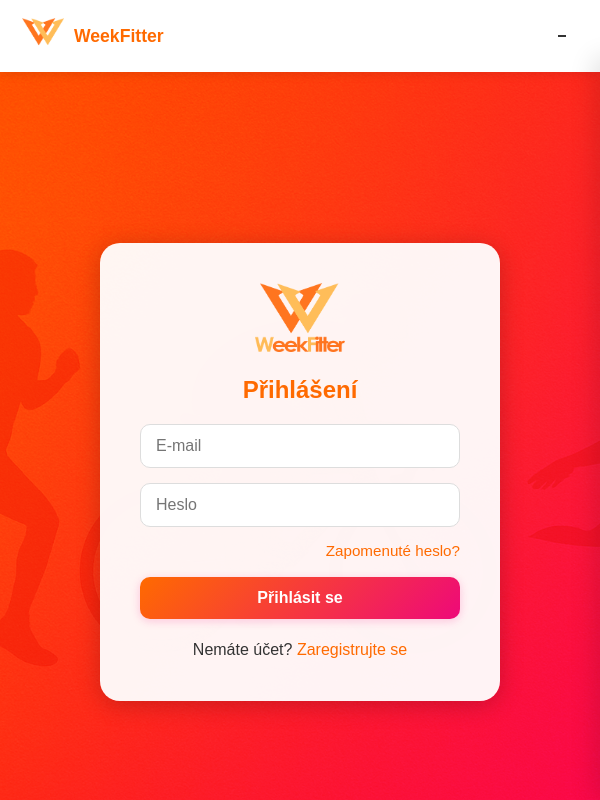
Repository: MatyasMandelicek/weekfitter-frontend
Page: /calendar
The author's editor kept a copy of each file at every save. The page is drawn from the files as they stood at one save, then again after the next save.
The browser window is 600 px wide. The pictures show the whole page.
The page's requests for data from a server got no answer. An inner scrolling area shows only its first screen. The project was rebuilt for these pictures with package versions that can differ from the ones it lists, and the page was loaded fresh each time. No one was signed in, and anything a server would have sent is missing. Also part of the build but not shown: src/styles/HomePage.css, src/pages/HomePage.js, src/styles/DashboardPage.css, src/pages/DashboardPage.js, src/styles/CalendarPage.css, src/pages/CalendarPage.js, src/styles/RegisterPage.css, src/pages/RegisterPage.js and 4 more.

Above is the page before, as saved 2025-11-12 16:00:45.

### public/index.html
<!DOCTYPE html>
<html lang="en">
  <head>
    <meta charset="utf-8" />
    <meta name="viewport" content="width=device-width, initial-scale=1" />
    <meta name="theme-color" content="#000000" />
    <meta
      name="description"
      content="Web site created using create-react-app"
    />
    <link rel="icon" type="image/png" href="%PUBLIC_URL%/Logo03.png" />
    <!--
      manifest.json provides metadata used when your web app is installed on a
      user's mobile device or desktop. See https://developers.google.com/web/fundamentals/web-app-manifest/
    -->
    <link rel="manifest" href="%PUBLIC_URL%/manifest.json" />
    <!--
      Notice the use of %PUBLIC_URL% in the tags above.
      It will be replaced with the URL of the `public` folder during the build.
      Only files inside the `public` folder can be referenced from the HTML.

      Unlike "/favicon.ico" or "favicon.ico", "%PUBLIC_URL%/favicon.ico" will
      work correctly both with client-side routing and a non-root public URL.
      Learn how to configure a non-root public URL by running `npm run build`.
    -->
    <title>WeekFitter</title>
  </head>
  <body>
    <noscript>You need to enable JavaScript to run this app.</noscript>
    <div id="root"></div>
    <!--
      This HTML file is a template.
      If you open it directly in the browser, you will see an empty page.

      You can add webfonts, meta tags, or analytics to this file.
      The build step will place the bundled scripts into the <body> tag.

      To begin the development, run `npm start` or `yarn start`.
      To create a production bundle, use `npm run build` or `yarn build`.
    -->
  </body>
</html>

### src/index.js
/**
 * index.js
 * Vstupní bod React aplikace WeekFitter
 *
 * Vytváří kořen aplikace (root element)
 * Zapouzdřuje aplikaci do React.StrictMode
 * Načítá hlavní komponentu <App />
 *
 */

import React from "react";
import ReactDOM from "react-dom/client";
import App from "./App";
import "./index.css"; // Import globálních stylů
import { AUTH_STORAGE_KEY } from "./lib/config";

/**
 * Wake backend on startup (probuzení serveru)
 * Zavolá jednoduchý ping na backend, aby se server "probudil"
 * dříve, než se uživatel pokusí přihlásit.
 */
fetch("https://weekfitter-backend.onrender.com/api/health").catch(() => {});

/**
 * Vytvoření "root" elementu, který React používá pro render celé aplikace.
 * index.html obsahuje <div id="root"></div>, sem se vloží App.
 */
const root = ReactDOM.createRoot(document.getElementById("root"));

/**
 * <React.StrictMode> aktivuje dodatečné kontroly v Reactu.
 * Pomáhá detekovat potenciální problémy v komponentách (např. vedlejší efekty).
 */
root.render(
  <React.StrictMode>
    <App />
  </React.StrictMode>
);

// Odhlásení uživatele při načtení aplikace
localStorage.removeItem(AUTH_STORAGE_KEY);
localStorage.removeItem("isLoggedIn");
localStorage.removeItem("userEmail");
localStorage.removeItem("userName");

### src/App.js
/**
 *
 * App.js
 * Hlavní komponenta aplikace WeekFitter
 *
 * Spravuje směrování (routing) pomocí React Routeru
 * Odděluje veřejné (login, register) a chráněné stránky (dashboard, kalendář, profil)
 * Využívá komponentu <ProtectedRoute> pro kontrolu přihlášení uživatele
 */
import React from "react";
import { BrowserRouter as Router, Routes, Route, Navigate } from "react-router-dom";

// Stránky aplikace
import HomePage from "./pages/HomePage";
import LoginPage from "./pages/LoginPage";
import DashboardPage from "./pages/DashboardPage";
import CalendarPage from "./pages/CalendarPage";
import RegisterPage from "./pages/RegisterPage";
import ForgotPasswordPage from "./pages/ForgotPasswordPage";
import ResetPasswordPage from "./pages/ResetPasswordPage";
import ProfilePage from "./pages/ProfilePage";

// Komponenta pro chráněné trasy
import ProtectedRoute from "./components/ProtectedRoute";

/**
 * Hlavní funkce App – vstupní bod React aplikace.
 * Obsahuje konfiguraci všech cest (URL rout).
 */
function App() {
  return (
    <Router>
      <Routes>
        {/* Veřejné stránky */}
        <Route path="/login" element={<LoginPage />} />
        <Route path="/register" element={<RegisterPage />} />
        <Route path="/forgot-password" element={<ForgotPasswordPage />} />
        <Route path="/reset-password/:token" element={<ResetPasswordPage />} />
        <Route path="/" element={< Navigate to ="/home" replace />} />
        <Route path="/home" element={<HomePage />} />

        {/* Sekce s daty a profilem */}
        <Route element={<ProtectedRoute />}>
          <Route path="/calendar" element={<CalendarPage />} />
          <Route path="/dashboard" element={<DashboardPage />} />
          <Route path="/profile" element={<ProfilePage />} />
        </Route>

        {/* Fallback - když uživatel zadá neexistující cestu */}
        <Route path="*" element={<Navigate to="/home" replace />} />
      </Routes>
    </Router>
  );
}

export default App;

### src/index.css
:root {
  --orange-light: #FFA500;
  --orange-dark: #FF8C00;
  --background-color: #ffffff;
  --text-color: #333333;
  --header-height: 60px;
}

/* ZÁKLADNÍ RESET A TYPOGRAFIE */
* {
  margin: 0;
  padding: 0;
  box-sizing: border-box;
  font-family: 'Arial', sans-serif;
}

html, body {
  height: 100%;
  width: 100%;
  overflow-x: hidden;   /* žádný horizontální posuvník */
  overflow-y: auto;     /* vertikální scroll jen při potřebě */
  scroll-behavior: smooth;
  background-color: var(--background-color);
  color: var(--text-color);
}

/* ODKAZY */
a {
  text-decoration: none;
  color: inherit;
}

/* ZÁKLADNÍ TLAČÍTKO (fallback) */
button {
  cursor: pointer;
  border: none;
  border-radius: 5px;
  padding: 10px 20px;
  background-color: var(--orange-light);
  color: #fff;
  transition: background-color 0.3s ease, transform 0.2s ease;
}

button:hover {
  background-color: var(--orange-dark);
  transform: scale(1.03);
}

/* --- 🔥 UNIVERZÁLNÍ ANIMOVANÉ TLAČÍTKO (PRIMARY) --- */
.primary-btn {
  background: linear-gradient(135deg, #ff6a00, #ee0979);
  color: #fff;
  padding: 10px 22px;
  border: none;
  border-radius: 25px;
  font-weight: 600;
  cursor: pointer;
  transition: all 0.25s ease;
  box-shadow: 0 2px 10px rgba(238, 9, 121, 0.2);
  display: inline-block;
}

.primary-btn:hover {
  transform: scale(1.05);
  background: linear-gradient(135deg, #ee0979, #ff6a00);
  box-shadow: 0 4px 15px rgba(255, 106, 0, 0.4);
}

.primary-btn:active {
  transform: scale(0.98);
  box-shadow: 0 2px 8px rgba(255, 106, 0, 0.3);
}

/* V MENŠÍM HEADERU (např. přihlásit / odhlásit) */
.header .primary-btn {
  padding: 8px 18px;
  font-size: 0.95rem;
}

/* --- RESPONSIVITA --- */

/* Velké obrazovky */
@media (min-width: 1025px) {
  main {
    padding: 40px;
  }
}

/* Notebooky a tablety na šířku */
@media (max-width: 1024px) {
  main {
    padding: 30px;
  }
}

/* Telefony (na výšku) */
@media (max-width: 768px) {
  main {
    padding: 20px;
  }

  button, .primary-btn {
    padding: 9px 18px;
    font-size: 0.95rem;
  }
}

/* Menší telefony (např. iPhone SE) */
@media (max-width: 480px) {
  main {
    padding: 15px;
  }

  button, .primary-btn {
    width: 100%;
    padding: 10px;
    font-size: 0.9rem;
  }

  h1, h2, h3 {
    font-size: 1.2rem;
    text-align: center;
  }
}

/* LEPŠÍ ČITELNOST TEXTU */
p, span, label {
  line-height: 1.4;
}

/* OBRÁZKY SE NEROZTAHUJÍ */
img {
  max-width: 100%;
  height: auto;
  display: center;
}

/* FLEXBOX CENTRACE PRO HLAVNÍ STRÁNKY (login, register) */
main {
  display: flex;
  justify-content: center;
  align-items: center;
  min-height: calc(100vh - var(--header-height));
}

/* ODSTRANĚNÍ SCROLLBARU, POKUD NENÍ POTŘEBA */
::-webkit-scrollbar {
  width: 0;
  background: transparent;
}

### src/lib/config.js
/**
 * config.js
 * Konfigurační soubor aplikace
 *
 * Obsahuje základní proměnné (např. API URL)
 * Umožňuje přepínat mezi vývojovým a produkčním backendem
 */

// Backend API endpoint – načte z .env nebo použije lokální server
export const API_URL = process.env.REACT_APP_API_URL || "http://localhost:8080";

// Klíč pro uložení stavu přihlášení v localStorage
export const AUTH_STORAGE_KEY = "isLoggedIn";

### src/pages/LoginPage.js
/**
 * LoginPage.js
 * Přihlašovací stránka
 *
 * Umožňuje přihlášení pomocí e-mailu a hesla
 * Po úspěšném přihlášení ukládá data do localStorage
 * Zpracovává chyby a zobrazuje hlášky uživateli
 */

import React, { useState, useEffect } from "react";
import Header from "../components/Header";
import Logo from "../assets/Logo02.png";
import { useNavigate, useLocation } from "react-router-dom";
import "../styles/LoginPage.css";
import { API_URL } from "../lib/config";

const LoginPage = () => {
  const navigate = useNavigate();
  const location = useLocation();

  const [formData, setFormData] = useState({ email: "", password: "" });
  const [errorMessage, setErrorMessage] = useState("");
  const [successMessage, setSuccessMessage] = useState("");
  const [loading, setLoading] = useState(false);

  // Pokud je uživatel už přihlášený, přesměruj ho rovnou na /home
  useEffect(() => {
    if (localStorage.getItem("isLoggedIn") === "true") navigate("/home");
  }, [navigate]);

  // Zobrazí hlášku pro reset hesla
  useEffect(() => {
    if (location.state?.successMessage) {
      setSuccessMessage(location.state.successMessage);
      navigate(location.pathname, { replace: true });
    }
  }, [location, navigate]);

  // Zpracování změn ve formuláři
  const handleChange = (e) => {
    setFormData({ ...formData, [e.target.name]: e.target.value });
    setErrorMessage("");
    setSuccessMessage("");
  };
   // Odeslání přihlašovacího formuláře
  const handleSubmit = async (e) => {
    e.preventDefault();
    setLoading(true);
    setErrorMessage("");
    setSuccessMessage("");

    try {
      const res = await fetch(`${API_URL}/api/users/login`, {
        method: "POST",
        headers: { "Content-Type": "application/json" },
        body: JSON.stringify(formData),
      });

      if (!res.ok) {
        setErrorMessage("Nesprávný e-mail nebo heslo.");
        setLoading(false);
        return;
      }

      const data = await res.json();

      if (data) {
        localStorage.setItem("isLoggedIn", "true");
        localStorage.setItem("userEmail", formData.email);
        navigate("/home");
      } else {
        setErrorMessage("Nesprávný e-mail nebo heslo.");
      }
    } catch (error) {
      console.error(error);
      setErrorMessage("Server momentálně nedostupný.");
    } finally {
      setLoading(false);
    }
  };

  return (
    <>
      <Header />
      <main className="login-container">
        <div className="login-card">
          <img src={Logo} alt="Logo" className="login-logo" />
          <h2>Přihlášení</h2>

          {successMessage && <div className="success-message">{successMessage}</div>}

          <form onSubmit={handleSubmit}>
            <input
              type="email"
              name="email"
              placeholder="E-mail"
              value={formData.email}
              onChange={handleChange}
              required
            />
            <input
              type="password"
              name="password"
              placeholder="Heslo"
              value={formData.password}
              onChange={handleChange}
              required
            />

            <div
              className="forgot-password-link"
              onClick={() => navigate("/forgot-password")}>
                Zapomenuté heslo?
            </div>

            {errorMessage && <div className="error-message">{errorMessage}</div>}

            <button type="submit" className="primary-btn" disabled={loading}>
              {loading ? "Přihlašuji..." : "Přihlásit se"}
            </button>
          </form>

          <p>
            Nemáte účet?{" "}
            <span
              className="register-link"
              onClick={() => navigate("/register")}>
                Zaregistrujte se
            </span>
          </p>
        </div>
      </main>
    </>
  );
};

export default LoginPage;

### src/components/ProtectedRoute.js
/**
 * ProtectedRoute.js
 * Ochrana přístupu k soukromým stránkám
 *
 * Kontroluje, zda je uživatel přihlášen
 * Pokud není, přesměruje ho na přihlašovací stránku
 */

import React from "react";
import { Navigate, Outlet } from "react-router-dom";
import { AUTH_STORAGE_KEY } from "../lib/config";

const ProtectedRoute = () => {
  const isLoggedIn = localStorage.getItem(AUTH_STORAGE_KEY) === "true";

  // Pokud není přihlášený, přesměruj ho na login
  return isLoggedIn ? <Outlet /> : <Navigate to="/login" replace />;
};

export default ProtectedRoute;

### src/components/Header.jsx
import React, { useEffect, useState } from "react";
import { Link, useNavigate, useLocation } from "react-router-dom";
import Logo from "../assets/Logo03.png";
import "../styles/Header.css";
import { AUTH_STORAGE_KEY } from "../lib/config";

const Header = () => {
  const navigate = useNavigate();
  const location = useLocation();
  const [isLoggedIn, setIsLoggedIn] = useState(false);
  const [menuOpen, setMenuOpen] = useState(false);

  useEffect(() => {
    setIsLoggedIn(localStorage.getItem(AUTH_STORAGE_KEY) === "true");
  }, []);

  // zavřít menu při změně stránky
  useEffect(() => {
    setMenuOpen(false);
  }, [location.pathname]);

  const handleLogout = () => {
    localStorage.removeItem(AUTH_STORAGE_KEY);
    localStorage.removeItem("userEmail");
    localStorage.removeItem("userName");
    setIsLoggedIn(false);
    navigate("/home");
  };

  const handleLogin = () => navigate("/login");

  return (
    <header className="header">
      <div className="header-content">
        <button
          className="logo-container"
          onClick={() => navigate("/")}
          aria-label="WeekFitter domů"
        >
          <img src={Logo} alt="WeekFitter" className="header-logo" />
          <h2 className="app-name">WeekFitter</h2>
        </button>

        {/* Hamburger pro mobily */}
        <button
          className="hamburger"
          aria-label="Menu"
          aria-expanded={menuOpen}
          onClick={() => setMenuOpen((v) => !v)}
        >
          <span />
          <span />
          <span />
        </button>

        {/* Navigace */}
        <nav className={`nav-links ${menuOpen ? "open" : ""}`}>
          <Link to="/home">Domů</Link>
          <Link to="/calendar">Kalendář</Link>
          <Link to="/dashboard">Dashboard</Link>
          <Link to="/profile">Profil</Link>

          {isLoggedIn ? (
            <button onClick={handleLogout} className="primary-btn">
              Odhlásit se
            </button>
          ) : (
            <button onClick={handleLogin} className="primary-btn">
              Přihlásit se
            </button>
          )}
        </nav>
      </div>
    </header>
  );
};

export default Header;

### src/styles/LoginPage.css
.login-container {
  min-height: 100vh;
  display: flex;
  align-items: center;
  justify-content: center;
  background:
    linear-gradient(135deg, rgba(255, 106, 0, 0.95), rgba(238, 9, 121, 0.95)),
    url("../assets/Triathlon.png");
  background-size: cover;
  background-position: center 49%;
  background-repeat: no-repeat;
  background-blend-mode: overlay;
  padding: 40px;
}

.login-card {
  background-color: rgba(255, 255, 255, 0.95);
  padding: 40px;
  border-radius: 20px;
  box-shadow: 0 4px 25px rgba(0, 0, 0, 0.2);
  max-width: 400px;
  width: 100%;
  text-align: center;
}

.login-logo {
  width: 90px;
  margin-bottom: 20px;
}

.login-card h2 {
  color: #ff6a00;
  margin-bottom: 20px;
}

.login-card input {
  width: 100%;
  padding: 12px 15px;
  margin-bottom: 15px;
  border: 1px solid #ddd;
  border-radius: 10px;
  font-size: 1rem;
  outline: none;
  transition: border 0.2s ease;
}

.login-card input:focus {
  border-color: #ff6a00;
  box-shadow: 0 0 5px rgba(255, 106, 0, 0.3);
}

.login-card button {
  width: 100%;
  padding: 12px;
  background-color: #ff6a00;
  color: #fff;
  border: none;
  border-radius: 10px;
  font-size: 1rem;
  font-weight: 600;
  cursor: pointer;
  transition: background-color 0.3s ease;
}

.login-card button:hover {
  background-color: #e65c00;
}

.login-card button:disabled {
  background-color: #ccc;
  cursor: not-allowed;
}

.register-link {
  margin-top: 20px;
  display: inline-block;
  color: #ff6a00;
  cursor: pointer;
  font-weight: 500;
  transition: color 0.3s ease;
}

.register-link:hover {
  color: #e65c00;
}

.success-message {
  color: #ffffff;
  background-color: #2e7d32;
  border: none;
  border-radius: 10px;
  padding: 12px 15px;
  margin-top: 15px;
  margin-bottom: 15px;
  font-weight: 600;
  text-align: center;
  font-size: 1rem;
  box-shadow: 0 2px 8px rgba(0, 0, 0, 0.15);
  animation: fadeIn 0.3s ease-in-out;
}

.error-message {
  position: relative;
  z-index: 9999;
  color: #ffffff !important;
  background-color: #cc0000 !important;
  border-radius: 8px !important;
  padding: 12px 15px !important;
  margin-bottom: 18px !important;
  font-weight: 700 !important;
  text-align: center !important;
  font-size: 1rem !important;
  box-shadow: 0 2px 8px rgba(0, 0, 0, 0.3) !important;
  animation: fadeIn 0.3s ease-in-out !important;
  opacity: 1 !important;
  visibility: visible !important;
}

.forgot-password-link {
  color: #ff6a00;
  font-size: 0.95rem;
  margin-bottom: 12px;
  text-align: right;
  cursor: pointer;
  font-weight: 500;
  transition: color 0.3s ease;
}

.forgot-password-link:hover {
  color: #e65c00;
  text-decoration: underline;
}


@keyframes fadeIn {
  from {
    opacity: 0;
    transform: translateY(-5px);
  }
  to {
    opacity: 1;
    transform: translateY(0);
  }
}

### src/styles/Header.css
.header {
  width: 100%;
  background: white;
  box-shadow: 0 2px 10px rgba(0, 0, 0, 0.1);
  padding: 6px 16px;
  position: sticky;
  top: 0;
  z-index: 100;
}

.header-content {
  display: flex;
  justify-content: space-between;
  align-items: center;
  max-width: 1200px;
  margin: auto;
  gap: 8px;
}

.logo-container {
  display: flex;
  align-items: center;
  gap: 10px;
  background: transparent;
  border: 0;
  cursor: pointer;
  padding: 6px;
}

.header-logo {
  width: 42px;
  height: 42px;
  margin-top: 6px;
}

.app-name {
  color: #ff6a00;
  font-weight: 700;
  font-size: 1.25rem;
}

/* Desktop nav */
.nav-links {
  display: flex;
  align-items: center;
  gap: 20px;
}

.nav-links a {
  text-decoration: none;
  color: #444;
  font-weight: 500;
  transition: color 0.3s ease;
}

.nav-links a:hover { color: #ff6a00; }

/* Primární tlačítko (sdílené) */
.primary-btn {
  background: linear-gradient(135deg, #ff6a00, #ee0979);
  color: #fff;
  padding: 10px 18px;
  border: none;
  border-radius: 25px;
  font-weight: 700;
  cursor: pointer;
  transition: all 0.25s ease;
  box-shadow: 0 2px 10px rgba(238, 9, 121, 0.2);
}
.primary-btn:hover {
  transform: scale(1.05);
  background: linear-gradient(135deg, #ee0979, #ff6a00);
  box-shadow: 0 4px 15px rgba(255, 106, 0, 0.4);
}

/* Hamburger (skrytý na desktopu) */
.hamburger {
  display: none;
  width: 44px;
  height: 44px;
  border: 0;
  background: transparent;
  cursor: pointer;
  align-items: center;
  justify-content: center;
  border-radius: 10px;
}
.hamburger span {
  display: block;
  width: 22px;
  height: 2px;
  background: #333;
  margin: 4px 0;
  transition: transform .2s ease, opacity .2s ease;
}

/* === Mobile === */
@media (max-width: 900px) {
  .app-name { font-size: 1.1rem; }
  .hamburger { display: inline-flex; }

  /* off-canvas right panel */
  .nav-links {
    position: fixed;
    top: 58px;
    right: 0;
    width: min(80vw, 360px);
    height: calc(100vh - 58px);
    background: #fff;
    box-shadow: -6px 0 24px rgba(0,0,0,.12);
    padding: 16px;
    display: flex;
    flex-direction: column;
    align-items: stretch;
    gap: 12px;
    transform: translateX(100%);
    transition: transform .25s ease;
    z-index: 1000;
  }
  .nav-links.open { transform: translateX(0); }

  .nav-links a {
    padding: 12px 10px;
    border-radius: 10px;
    background: #fafafa;
  }

  .primary-btn {
    width: 100%;
    text-align: center;
    margin-top: 6px;
  }
}

After the next save:
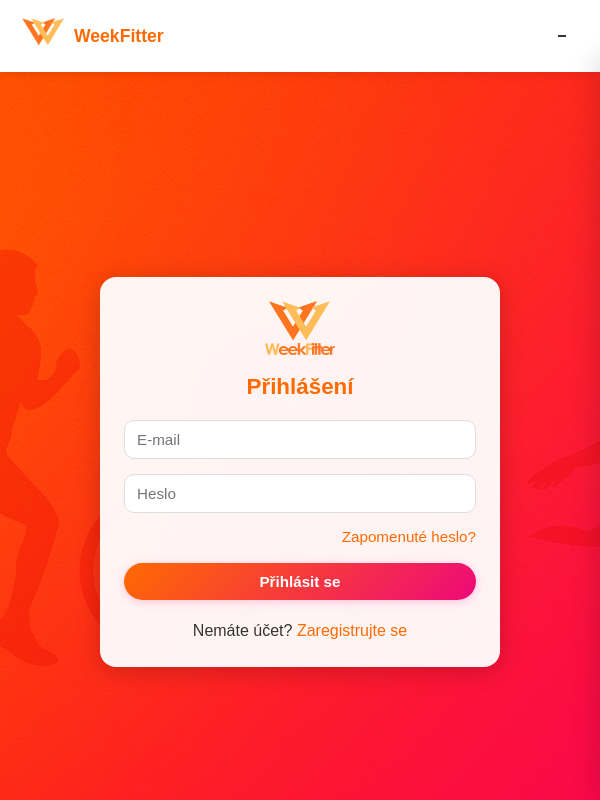
Saved 3 min 10 s later.
--- a/src/styles/LoginPage.css
+++ b/src/styles/LoginPage.css
@@ -21,6 +21,7 @@
   max-width: 400px;
   width: 100%;
   text-align: center;
+  animation: fadeIn 0.4s ease-in-out;
 }
 
 .login-logo {
@@ -31,6 +32,7 @@
 .login-card h2 {
   color: #ff6a00;
   margin-bottom: 20px;
+  font-weight: 700;
 }
 
 .login-card input {
@@ -41,34 +43,52 @@
   border-radius: 10px;
   font-size: 1rem;
   outline: none;
-  transition: border 0.2s ease;
+  transition: border 0.2s ease, box-shadow 0.2s ease;
 }
 
 .login-card input:focus {
   border-color: #ff6a00;
-  box-shadow: 0 0 5px rgba(255, 106, 0, 0.3);
+  box-shadow: 0 0 6px rgba(255, 106, 0, 0.3);
 }
 
 .login-card button {
   width: 100%;
   padding: 12px;
-  background-color: #ff6a00;
+  background: linear-gradient(135deg, #ff6a00, #ee0979);
   color: #fff;
   border: none;
-  border-radius: 10px;
+  border-radius: 25px;
   font-size: 1rem;
   font-weight: 600;
   cursor: pointer;
-  transition: background-color 0.3s ease;
+  transition: all 0.3s ease;
+  box-shadow: 0 2px 10px rgba(238, 9, 121, 0.2);
 }
 
 .login-card button:hover {
-  background-color: #e65c00;
+  transform: scale(1.05);
+  background: linear-gradient(135deg, #ee0979, #ff6a00);
 }
 
 .login-card button:disabled {
   background-color: #ccc;
   cursor: not-allowed;
+  box-shadow: none;
+}
+
+.forgot-password-link {
+  color: #ff6a00;
+  font-size: 0.95rem;
+  margin-bottom: 12px;
+  text-align: right;
+  cursor: pointer;
+  font-weight: 500;
+  transition: color 0.3s ease;
+}
+
+.forgot-password-link:hover {
+  color: #e65c00;
+  text-decoration: underline;
 }
 
 .register-link {
@@ -87,11 +107,9 @@
 .success-message {
   color: #ffffff;
   background-color: #2e7d32;
-  border: none;
   border-radius: 10px;
   padding: 12px 15px;
-  margin-top: 15px;
-  margin-bottom: 15px;
+  margin: 15px 0;
   font-weight: 600;
   text-align: center;
   font-size: 1rem;
@@ -100,45 +118,30 @@
 }
 
 .error-message {
-  position: relative;
-  z-index: 9999;
-  color: #ffffff !important;
-  background-color: #cc0000 !important;
-  border-radius: 8px !important;
-  padding: 12px 15px !important;
-  margin-bottom: 18px !important;
-  font-weight: 700 !important;
-  text-align: center !important;
-  font-size: 1rem !important;
-  box-shadow: 0 2px 8px rgba(0, 0, 0, 0.3) !important;
-  animation: fadeIn 0.3s ease-in-out !important;
-  opacity: 1 !important;
-  visibility: visible !important;
+  color: #fff;
+  background-color: #cc0000;
+  border-radius: 8px;
+  padding: 12px 15px;
+  margin-bottom: 18px;
+  font-weight: 700;
+  text-align: center;
+  font-size: 1rem;
+  box-shadow: 0 2px 8px rgba(0, 0, 0, 0.3);
+  animation: fadeIn 0.3s ease-in-out;
 }
 
-.forgot-password-link {
-  color: #ff6a00;
-  font-size: 0.95rem;
-  margin-bottom: 12px;
-  text-align: right;
-  cursor: pointer;
-  font-weight: 500;
-  transition: color 0.3s ease;
+/* === Animace === */
+@keyframes fadeIn {
+  from { opacity: 0; transform: translateY(-5px); }
+  to { opacity: 1; transform: translateY(0); }
 }
 
-.forgot-password-link:hover {
-  color: #e65c00;
-  text-decoration: underline;
+/* === Responsivita === */
+@media (max-width: 640px) {
+  .login-container { padding: 24px 14px; }
+  .login-card { padding: 24px; border-radius: 16px; }
+  .login-logo { width: 70px; margin-bottom: 15px; }
+  .login-card h2 { font-size: 1.4rem; }
+  .login-card input { font-size: 0.95rem; padding: 10px 12px; }
+  .login-card button { font-size: 0.95rem; padding: 10px; }
 }
-
-
-@keyframes fadeIn {
-  from {
-    opacity: 0;
-    transform: translateY(-5px);
-  }
-  to {
-    opacity: 1;
-    transform: translateY(0);
-  }
-}
